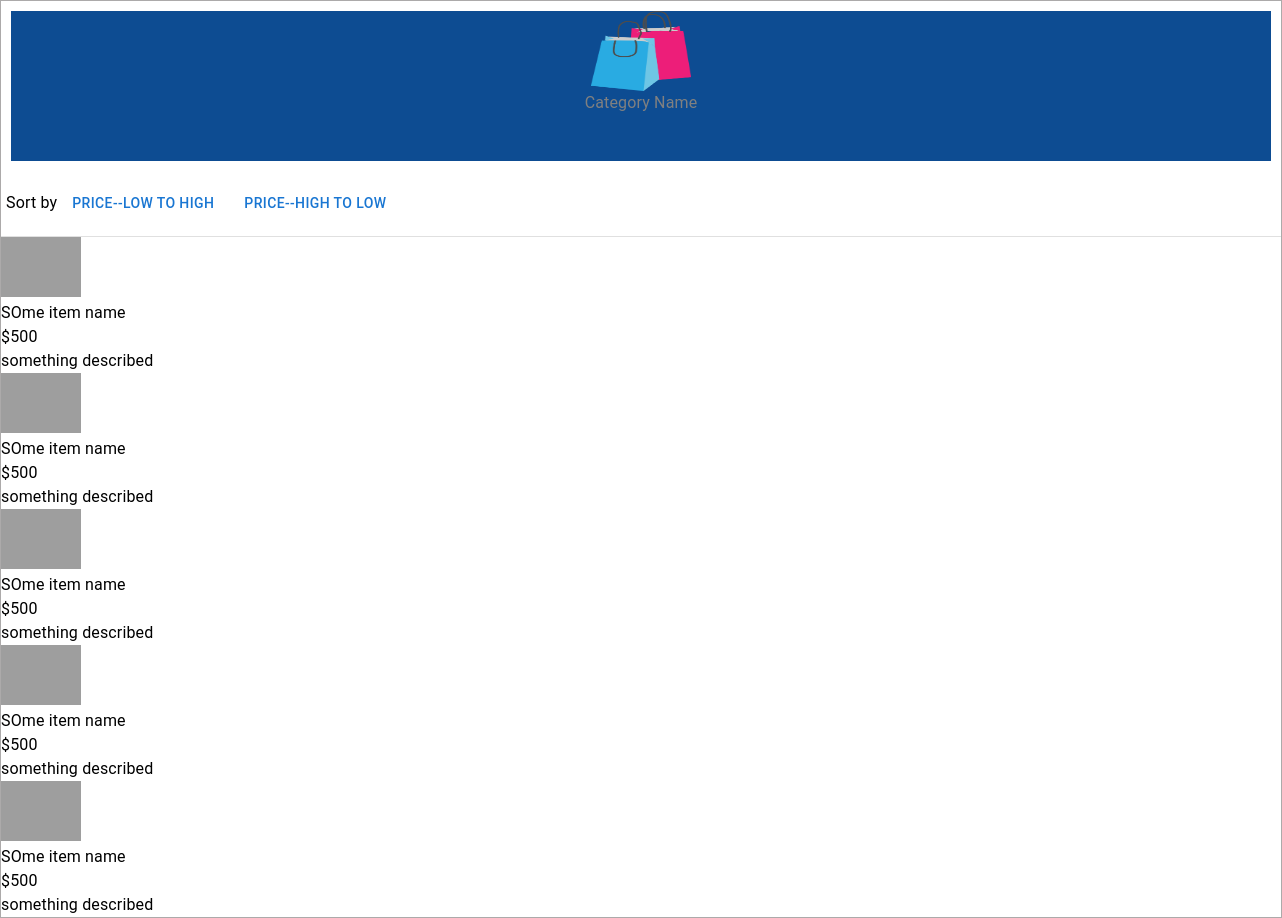
Repository: robin-fareye/reactjs-frontend-flipzone
Page: /
These files come from the project's save history. The page is drawn as it stood at one moment and after the next save; the edit follows.
The browser window is 1280 px wide. The page is 1282 px wide, so the pictures cover 1282 px, including what lies to the right of the window. The pictures show the whole page.
Pictures or frames that could not be fetched are drawn as grey boxes. The project was rebuilt for these pictures with package versions that can differ from the ones it lists, and the page was loaded fresh each time. Also part of the build but not shown: src/App.css, src/component/auth/Login.css, src/api/Login.js, src/component/auth/Login.js, src/component/category/Category.js, src/component/header/Header.css, src/component/header/Header.js, src/component/helper/Slide.css and 7 more.

Above is the page before, as saved 2022-11-14 19:36:24.

After the next save:
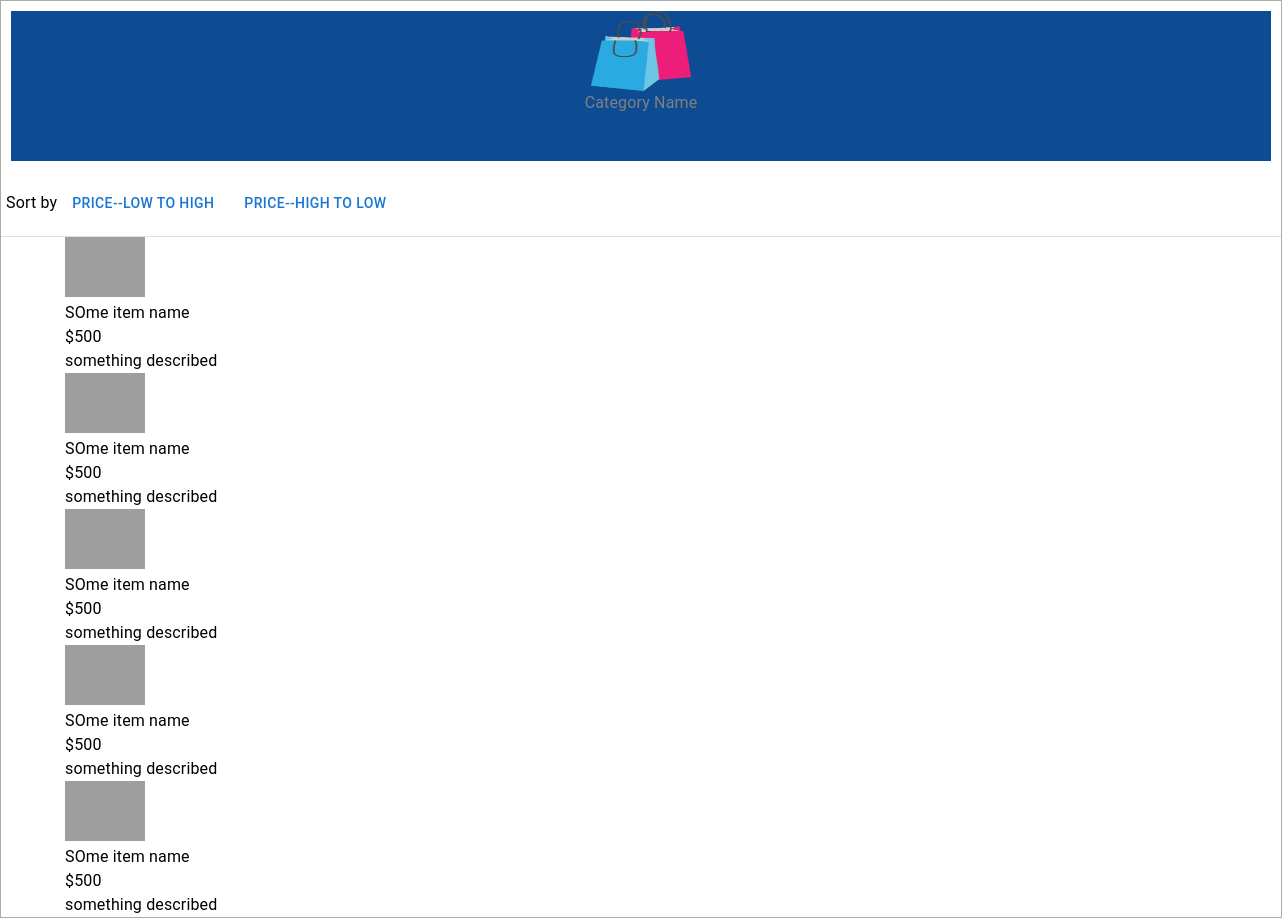
Saved 56 s later.
--- a/src/component/ProductCatalogue/ProductCatalouge.css
+++ b/src/component/ProductCatalogue/ProductCatalouge.css
@@ -47,3 +47,6 @@
     margin: 10px;
     background-color: white;
 }
+.inner-body{
+    padding-left: 5%;
+}
